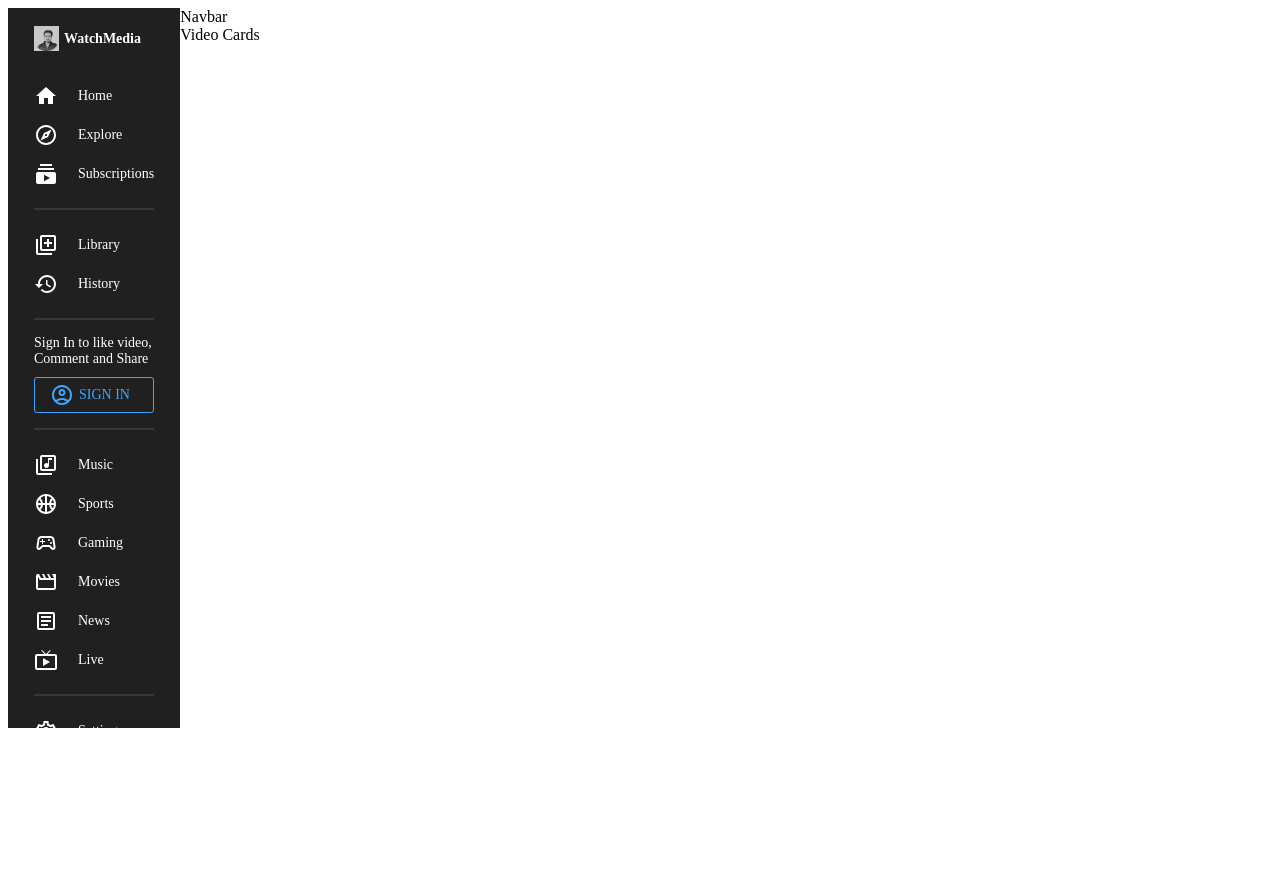
Repository: inzamamahmad3/final-year-project-skeleton
Page: /signin
The author's editor kept a copy of each file at every save. The page is drawn from the files as they stood at one save, then again after the next save.
The browser window is 1280 px wide. The pictures show the whole page.
The project was rebuilt for these pictures with package versions that can differ from the ones it lists, and the page was loaded fresh each time.

Above is the page before, as saved 2023-07-18 00:40:54.

### src/App.js
import styled from "styled-components";
import Menu from "./components/Menu";
import Navbar from "./components/Navbar";

const Container = styled.div`
  display: flex;
`;
const Main = styled.div`
  flex: 7;
`;
const Wrapper = styled.div``;

function App() {
  return (
    <>
      <Container>
        <Menu />
        <Main>
          <Navbar />
          <Wrapper>Video Cards</Wrapper>
        </Main>
      </Container>
    </>
  );
}

export default App;

### src/components/Menu.jsx
import React from "react";
import styled from "styled-components";
import watch from "../img/pic.png";
import HomeIcon from "@mui/icons-material/Home";
import ExploreOutlinedIcon from "@mui/icons-material/ExploreOutlined";
import SubscriptionsIcon from "@mui/icons-material/Subscriptions";
import LibraryAddOutlinedIcon from "@mui/icons-material/LibraryAddOutlined";
import HistoryOutlinedIcon from "@mui/icons-material/HistoryOutlined";
import LibraryMusicOutlinedIcon from "@mui/icons-material/LibraryMusicOutlined";
import SportsEsportsOutlinedIcon from "@mui/icons-material/SportsEsportsOutlined";
import SportsBasketballOutlinedIcon from "@mui/icons-material/SportsBasketballOutlined";
import MovieOutlinedIcon from "@mui/icons-material/MovieOutlined";
import ArticleOutlinedIcon from "@mui/icons-material/ArticleOutlined";
import LiveTvOutlinedIcon from "@mui/icons-material/LiveTvOutlined";
import AccountCircleOutlinedIcon from "@mui/icons-material/AccountCircleOutlined";
import SettingsOutlinedIcon from "@mui/icons-material/SettingsOutlined";
import FlagOutlinedIcon from "@mui/icons-material/FlagOutlined";
import HelpOutlineOutlinedIcon from "@mui/icons-material/HelpOutlineOutlined";
import SettingsBrightnessOutlinedIcon from "@mui/icons-material/SettingsBrightnessOutlined";
import { Link } from "react-router-dom";

const Container = styled.div`
  flex: 1;
  background-color: #202020;
  height: 100vh;
  color: white;
  font-size: 14px;
  position: sticky;
  top: 0;
`;

const Wrapper = styled.div`
  padding: 18px 26px;
`;

const Logo = styled.div`
  display: flex;
  align-items: center;
  gap: 5px;
  font-weight: bold;
  margin-bottom: 25px;
`;

const Item = styled.div`
  display: flex;
  align-items: center;
  gap: 20px;
  cursor: pointer;
  padding: 7.5px 0px;
`;

const Img = styled.img`
  height: 25px;
`;

const Hr = styled.hr`
  margin: 15px 0px;
  border: 0.5px solid #373737;
`;

const Login = styled.div``;
const Button = styled.div`
  padding: 5px 15px;
  background-color: transparent;
  border: 1px solid #3ea6ff;
  color: #3ea6ff;
  border-radius: 3px;
  font-weight: 500;
  margin-top: 10px;
  cursor: pointer;
  display: flex;
  align-items: center;
  gap: 5px;
`;

function Menu() {
  return (
    <Container>
      <Wrapper>
        <Logo>
          <Img src={watch} />
          WatchMedia
        </Logo>
        <Item>
          <HomeIcon />
          Home
        </Item>
        <Item>
          <ExploreOutlinedIcon />
          Explore
        </Item>
        <Item>
          <SubscriptionsIcon />
          Subscriptions
        </Item>
        <Hr />
        <Item>
          <LibraryAddOutlinedIcon />
          Library
        </Item>
        <Item>
          <HistoryOutlinedIcon />
          History
        </Item>
        <Hr />
        <Login>
          Sign In to like video, Comment and Share
          <Button>
            {" "}
            <AccountCircleOutlinedIcon /> SIGN IN
          </Button>
        </Login>
        <Hr />
        <Item>
          <LibraryMusicOutlinedIcon />
          Music
        </Item>
        <Item>
          <SportsBasketballOutlinedIcon />
          Sports
        </Item>
        <Item>
          <SportsEsportsOutlinedIcon />
          Gaming
        </Item>
        <Item>
          <MovieOutlinedIcon />
          Movies
        </Item>
        <Item>
          <ArticleOutlinedIcon />
          News
        </Item>
        <Item>
          <LiveTvOutlinedIcon />
          Live
        </Item>
        <Hr />
        <Item>
          <SettingsOutlinedIcon />
          Settings
        </Item>
        <Item>
          <FlagOutlinedIcon />
          Report
        </Item>
        <Item>
          <HelpOutlineOutlinedIcon />
          Help
        </Item>
        <Item>
          <SettingsBrightnessOutlinedIcon />
          Dark Mode
        </Item>
      </Wrapper>
    </Container>
  );
}

export default Menu;

Loaded but not shown: public/index.html (common file); src/index.js (common file); src/components/Navbar.jsx (common file)

After the next save:
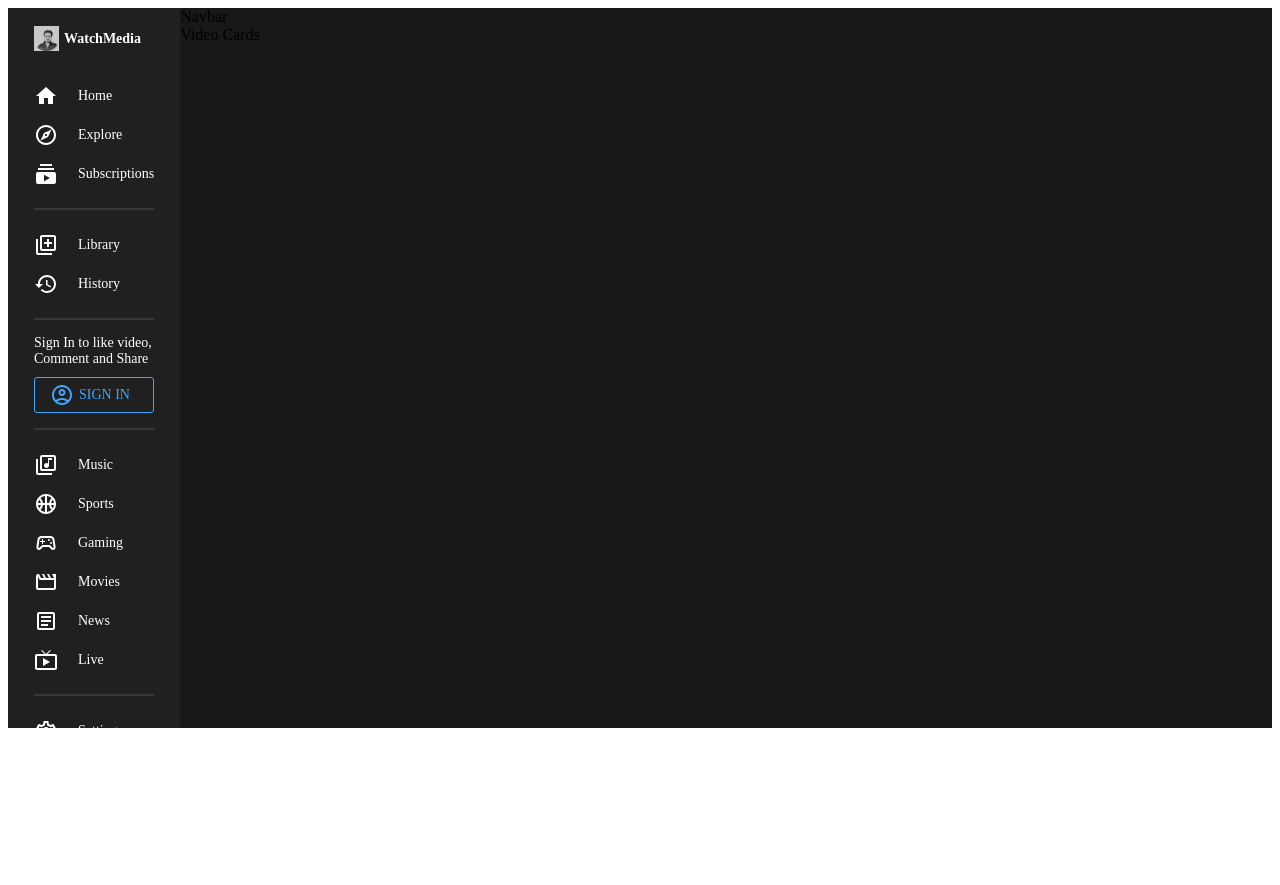
Saved 10 h 22 min later.
--- a/src/App.js
+++ b/src/App.js
@@ -7,6 +7,7 @@ const Container = styled.div`
 `;
 const Main = styled.div`
   flex: 7;
+  background-color: #181818;
 `;
 const Wrapper = styled.div``;
 
